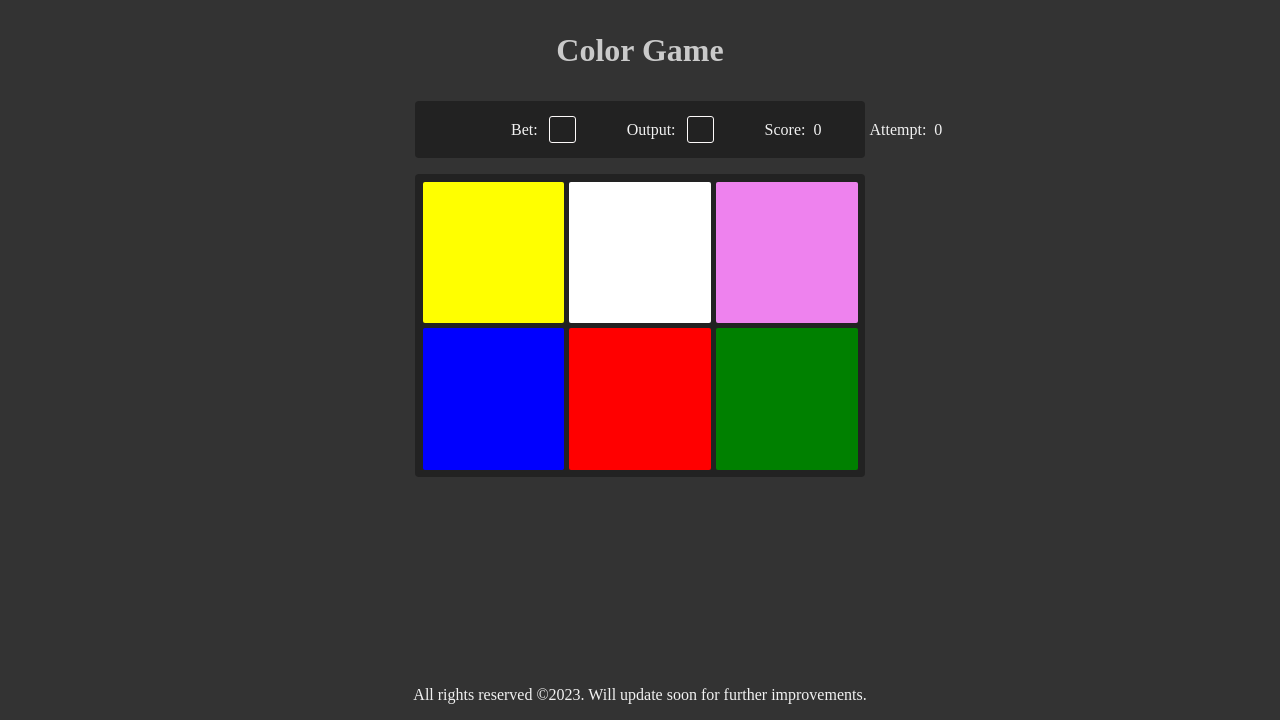
Repository: Pxych09/Simple-Game-VanillaJS
Page: Simple Web Game/color-game.html
An editor plug-in stored every save of this project. The page is shown before and after the next save, followed by the edit.
The browser window is 1280 px wide. The pictures show the whole page.

Above is the page before, as saved 2023-10-03 10:59:51.

### Simple Web Game/color-game.html
<!DOCTYPE html>
<html lang="en">
<head>
    <meta charset="UTF-8">
    <meta name="viewport" content="width=device-width, initial-scale=1.0">
    <title>Color Game</title>
    <link rel="stylesheet" href="./css/styles.css">
    <script src="./js/color-game.js" defer></script>
</head>
<body>

    <div id="master-color">

        <div class="for-title-color"><h1 class="color-title">Color Game</h1></div>
        <div class="color-dashboard">
            <div>Bet: <div class="color-bet"></div></div>
            <div>Output: <div class="color-output"></div></div>
           <div>Score: <div id="color-score"></div></div>
           <div>Attempt: <div id="attempt"></div></div>
        </div>
        <div class="container-colors">
            <div class="box-colors">
                <div></div>
                <div></div>
                <div></div>
                <div></div>
                <div></div>
                <div></div>
            </div>

            <div class="for-btn-color"><button class="btn-roll-color unshow"><span>Roll</span>&nbsp;<span class="dice">🎲</span></button></div>
        </div>

        <footer>
            <p>All rights reserved &copy;2023. Will update soon for further improvements.</p>
        </footer>

    </div>

</body>
</html>

### Simple Web Game/css/styles.css
@import url('https://fonts.googleapis.com/css2?family=Anton&family=Inconsolata:wght@300&family=Lobster&family=PT+Sans:wght@700&family=Poppins&display=swap');

*, ::before, ::after{
    margin: 0; padding: 0;
    box-sizing: border-box;
}

footer{
    position: fixed;
    bottom: 0;
    padding: 1rem;
    left: 0; right: 0;
    text-align: center;
}

/* FOR COLOR GAME */
#master-color{
    min-height: 100vh;
    min-height: 100dvh;
    background-color: #333;
    display: block;
    color: #f2f2f2;
}
.color-title{
    color: #cacaca;
}
#master-color > div{
    width: 100%;
    text-align: center;
}
#master-color .for-title-color{
    padding-block: 2rem;
}
#master-color .color-dashboard > div{
    display: flex; padding: 1rem;
    gap: .5rem;
    justify-content: flex-start; align-items: center;
}
#master-color .color-dashboard{
    display: flex; gap: 1rem;
    background-color: #222;
    justify-content: space-around;
    align-items: center;
    padding: 0rem 5rem;
    /* overflow: hidden; */
    margin-inline: auto;
    border-radius: 4px;
    width: min(100%, 450px);
}
.for-btn-color{
    display: grid;
    padding: 1rem;
}
button.btn-roll-color:hover,
button.btn-roll-color:focus{
    background: rgba(253, 176, 33, 0.938);
    outline: 2px solid rgb(226, 148, 3);
    color: rgb(18, 18, 231);
    outline-offset: 1px;
}
button.btn-roll-color{
    display: flex; justify-content: center; align-items: center;
    font-size: 1rem;
    outline-offset: 2px;
    color: rgb(27, 27, 185);
    text-transform: uppercase;
    font-weight: bold;
    background: orange;
    outline: 2px solid rgba(248, 181, 58, 0.63);
    border: none; margin-inline: auto;
    padding: .5rem 1rem;
    border-radius: .7rem;
    width: min(100%, 100px);
    cursor: pointer;
}
#master-color .container-colors{
    padding-block: 1rem;
    display: grid;
    place-items: center;
}
.container-colors .box-colors{
    --mx-width: 450px;
    --radius: 2px;
    --gap: 5px;
    display: grid;
    grid-template-columns: repeat(3, 1fr);
    gap: var(--gap);
    width: min(100%, var(--mx-width));
    background: #222;
    padding: calc(var(--gap) * 1.5);
    border-radius: calc(var(--radius) * 2);
}
.container-colors .box-colors div{
    /* width: calc(var(--mx-width) / 3.5); */
    background-color: #cacaca;
    aspect-ratio: 1;
    margin: 0;
    border-radius: var(--radius);
}
.container-colors .box-colors div:hover{
    opacity: .8;
}

.color-bet,
.color-output{
    margin-inline: .25rem;
    /* background: yellow; */
    outline: 1px solid #fdfafa;
    width: 25px;
    border-radius: 2px;
    aspect-ratio: 1;
}

.container-colors .box-colors div.light{
    opacity: 1;
    animation: light .5s ease;
    pointer-events: none;
    /* animation-iteration-count: 25; */
}

.container-colors .box-colors div.win{
    opacity: .4;
}

@keyframes light {
    to{
        opacity: .4;
    }
}


button.btn-roll-color.unshow{
    display: none;
}
button.btn-roll-color.spin-dice > .dice{
    animation: roll .5s linear infinite;
}
button.btn-roll-color.spin-dice{
    pointer-events: none;
    transition: .3s ease;
}

@keyframes roll {
    to{
        rotate: -360deg;
    }
}

### Simple Web Game/js/color-game.js
const box_colors = document.querySelectorAll('.box-colors div')
const color_bet = document.querySelector('.color-bet')
const color_output = document.querySelector('.color-output')
const color_score = document.querySelector('#color-score')
const btn_roll = document.querySelector('.btn-roll-color')
const attempt = document.querySelector('#attempt')

let colors_length = box_colors.length
const colors = ['yellow', 'white', 'violet', 'blue', 'red', 'green']
let isPlay = false
color_score.innerHTML = 0
attempt.innerHTML = 0

function initialDisplay(){
    for(let i = 0; i < colors_length; i++){
        box_colors[i].style.background = colors[i]
        box_colors[i].id = colors[i]

        box_colors[i].addEventListener('click', e =>{
            btn_roll.classList.remove('unshow')
            color_bet.style.background = box_colors[i].id
            color_bet.id = box_colors[i].id
            color_output.style.background = "none"
        })
    }
}

initialDisplay()

let score = 0
function effect(){

    let speed = 500
    let limit = 30

    function stopTime(){
        const item = Math.floor(Math.random() * colors_length)
        box_colors[item].classList.add('win')
        btn_roll.classList.remove('spin-dice')

        console.log(item)
        color_output.style.background = box_colors[item].id
        console.log("Output: "+box_colors[item].id, "Bet: "+color_bet.id)
        if(box_colors[item].id == color_bet.id){
            score++
            color_score.innerHTML = `${score}`
        }

        isPlay = false

        function reset(){
            color_bet.removeAttribute('id')

            box_colors.forEach(el =>{
                el.classList.remove('light')
                el.addEventListener('click', ()=>{
                    box_colors[item].classList.remove('win')
                })
            })
        }

        setTimeout(reset, 500)
    }

    let count = 0
    const runTime = setInterval(roll, speed)

    function roll(){
        count++
        console.log("count")
        btn_roll.classList.add('spin-dice')
        effects()
        if(count > limit){
            clearInterval(runTime)
            setTimeout(stopTime, 500)
            count = 0
        }
    }

    function effects(){
        for(let i = 0; i < colors_length; i++){
            box_colors[i].classList.add('light')
            box_colors[i].style.animationDelay = `${i}00ms`
            box_colors[i].style.animationIterationCount = `${limit}`
        }
    }
}

const RollColor = (e) =>{
    if(color_bet.hasAttribute('id')){
       // function
      isPlay = true
      console.log(isPlay)
      effect()
    }

}

btn_roll.addEventListener('click', RollColor)

After the next save:
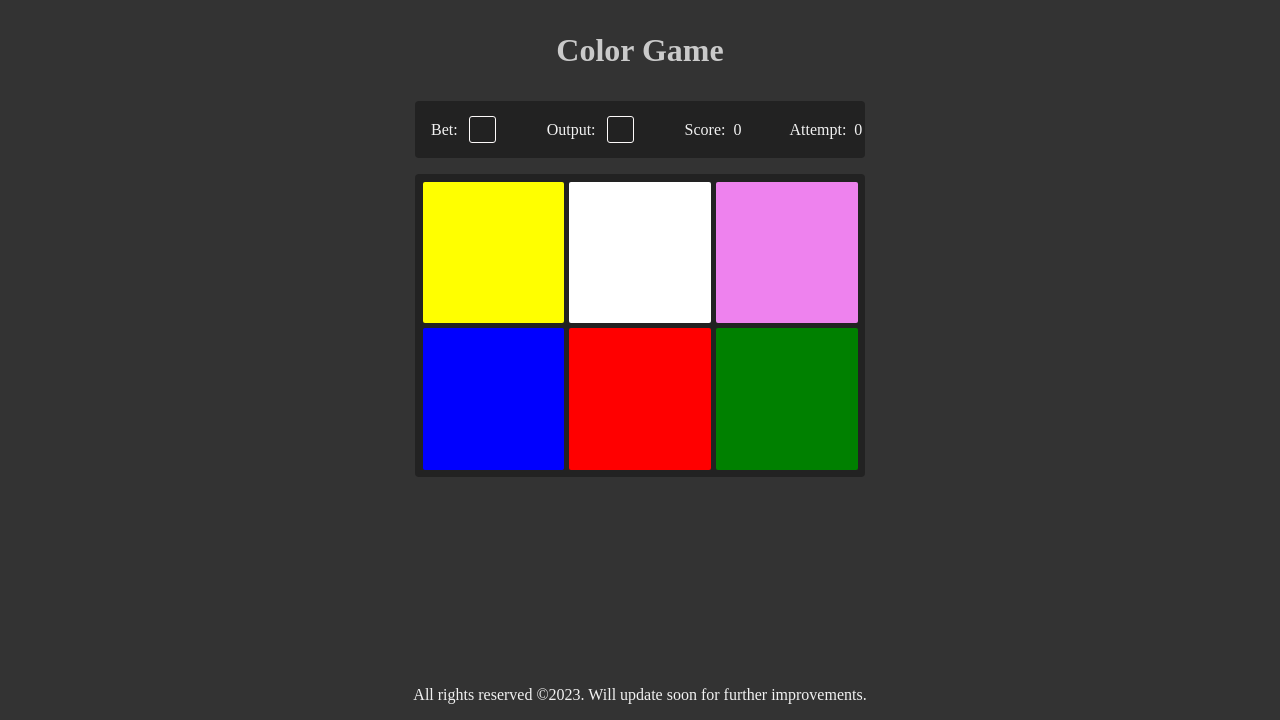
Saved 7 s later.
--- a/Simple Web Game/css/styles.css
+++ b/Simple Web Game/css/styles.css
@@ -41,7 +41,7 @@ footer{
     background-color: #222;
     justify-content: space-around;
     align-items: center;
-    padding: 0rem 5rem;
+    padding: 0;
     /* overflow: hidden; */
     margin-inline: auto;
     border-radius: 4px;
